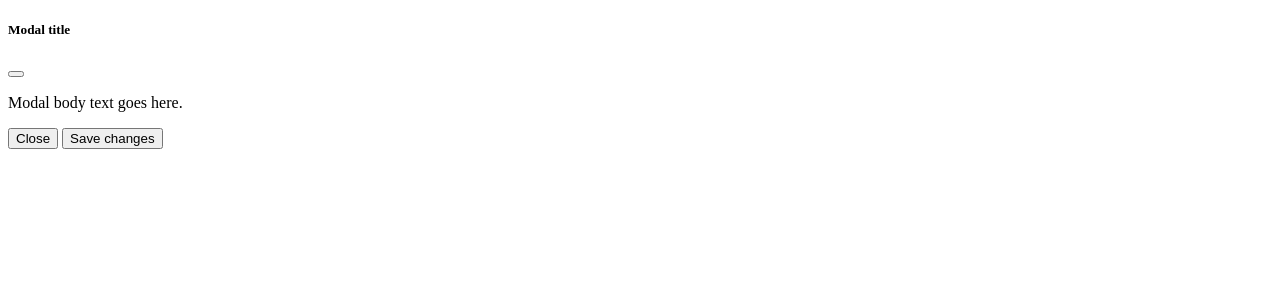
Repository: yeonddu/green_js
Page: pro01/testys/caresell.html
The author's editor kept a copy of each file at every save. The page is drawn from the files as they stood at one save, then again after the next save.
The browser window is 1280 px wide. The pictures show the whole page.

Above is the page before, as saved 2022-12-23 06:10:33.

After the next save:
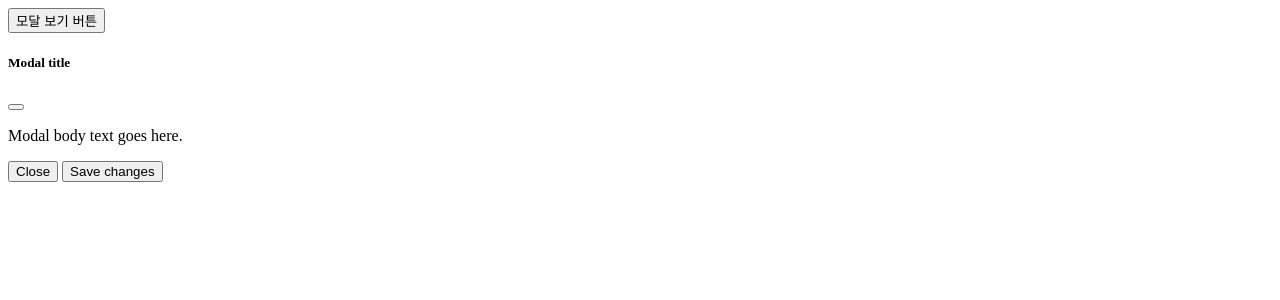
Saved 2 min 50 s later.
--- a/pro01/testys/caresell.html
+++ b/pro01/testys/caresell.html
@@ -5,7 +5,9 @@
 <title>Insert title here</title>
 </head>
 <body>
-
+<button type="button" class="btn btn-primary btn-lg" data-toggle="modal" data-target="#myModal">
+	모달 보기 버튼
+</button>
 <div class="modal" tabindex="-1">
   <div class="modal-dialog">
     <div class="modal-content">
@@ -22,7 +24,6 @@
       </div>
     </div>
   </div>
-
 </div>
 </body>
 </html>
